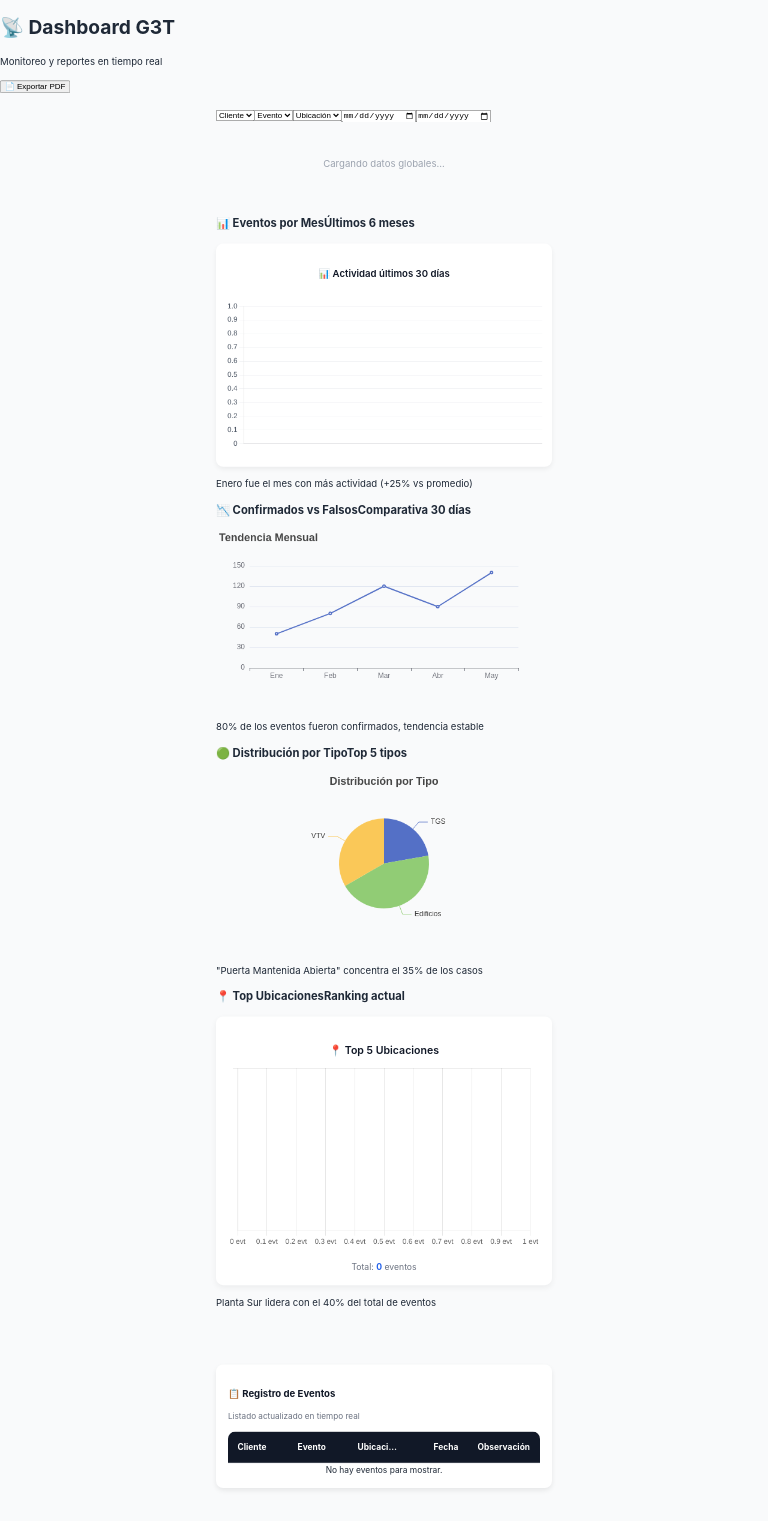
Repository: BBrian11/reportes
Page: /
An editor plug-in stored every save of this project. The page is shown before and after the next save, followed by the edit.
The browser window is 1280 px wide. The pictures show the whole page, at 60% of full size.
The page's requests for data from a server got no answer. The project was rebuilt for these pictures with package versions that can differ from the ones it lists, and the page was loaded fresh each time. No one was signed in, and anything a server would have sent is missing. Also part of the build but not shown: vite.config.js, src/components/Dashboard/StatsCards.jsx, src/components/Dashboard/ExportPDF.jsx, src/styles/tgsstats.css, src/components/Dashboard/TgsStats.jsx, src/styles/edificiostats.css, src/components/Dashboard/EdificioStats.jsx, src/styles/vtvstats.css and 3 more.

Above is the page before, as saved 2025-07-30 11:16:51.

After the next save:
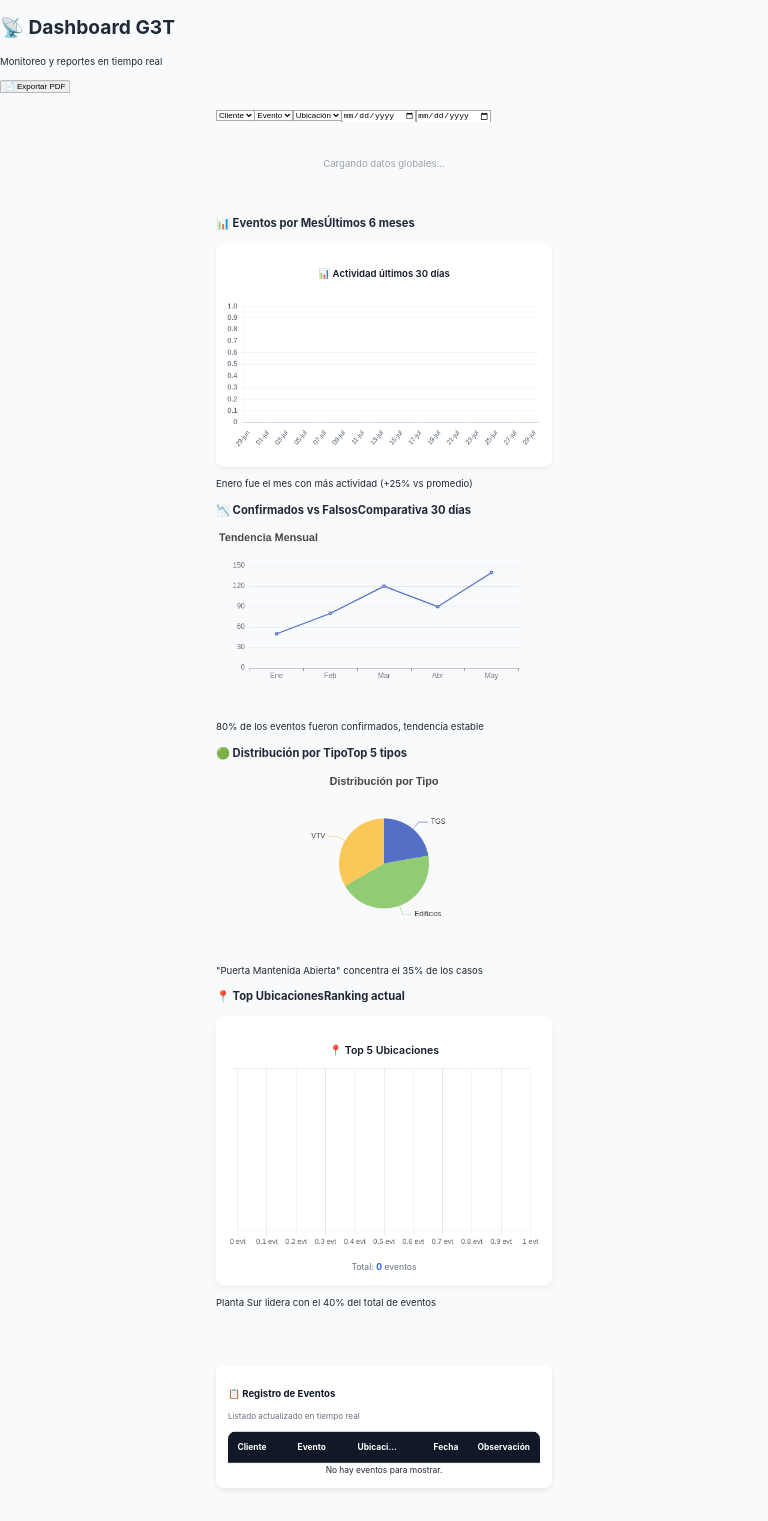
Saved 6 min 22 s later.
--- a/src/components/Dashboard/BarChart.jsx
+++ b/src/components/Dashboard/BarChart.jsx
@@ -2,12 +2,14 @@ import { Bar } from "react-chartjs-2";
 import "../../styles/barChart.css";
 
 export default function BarChart({ eventos }) {
-  // ✅ Filtrar últimos 30 días
   const hoy = new Date();
   const hace30dias = new Date();
   hace30dias.setDate(hoy.getDate() - 30);
 
-  const ultimosEventos = eventos.filter((e) => e.fechaObj && e.fechaObj >= hace30dias && e.fechaObj <= hoy);
+  // ✅ Filtrar eventos de los últimos 30 días
+  const ultimosEventos = eventos.filter(
+    (e) => e.fechaObj && e.fechaObj >= hace30dias && e.fechaObj <= hoy
+  );
 
   // ✅ Agrupar por día
   const grouped = {};
@@ -19,22 +21,23 @@ export default function BarChart({ eventos }) {
     grouped[key] = (grouped[key] || 0) + 1;
   });
 
-  // ✅ Ordenar por fecha real
-  const sortedKeys = Object.keys(grouped).sort((a, b) => {
-    const parseKey = (str) => {
-      const [day, month] = str.split(" ");
-      const meses = ["ene","feb","mar","abr","may","jun","jul","ago","sep","oct","nov","dic"];
-      return new Date(new Date().getFullYear(), meses.indexOf(month), parseInt(day));
-    };
-    return parseKey(a) - parseKey(b);
-  });
+  // ✅ Generar TODOS los días del rango (incluso si tienen 0 eventos)
+  const diasCompletos = [];
+  const cursor = new Date(hace30dias);
+  while (cursor <= hoy) {
+    diasCompletos.push(
+      cursor.toLocaleDateString("es-AR", { day: "2-digit", month: "short" })
+    );
+    cursor.setDate(cursor.getDate() + 1);
+  }
 
+  // ✅ Data para el gráfico
   const data = {
-    labels: sortedKeys,
+    labels: diasCompletos,
     datasets: [
       {
         label: "Eventos",
-        data: sortedKeys.map((k) => grouped[k]),
+        data: diasCompletos.map((dia) => grouped[dia] || 0),
         backgroundColor: "#2563eb",
         borderRadius: 6,
         barThickness: 18,
@@ -55,10 +58,11 @@ export default function BarChart({ eventos }) {
     },
     scales: {
       x: {
-        ticks: { color: "#4b5563", font: { size: 12 } },
+        ticks: { color: "#4b5563", font: { size: 11 } },
         grid: { display: false },
       },
       y: {
+        beginAtZero: true,
         ticks: { color: "#4b5563" },
         grid: { color: "#f3f4f6" },
       },
